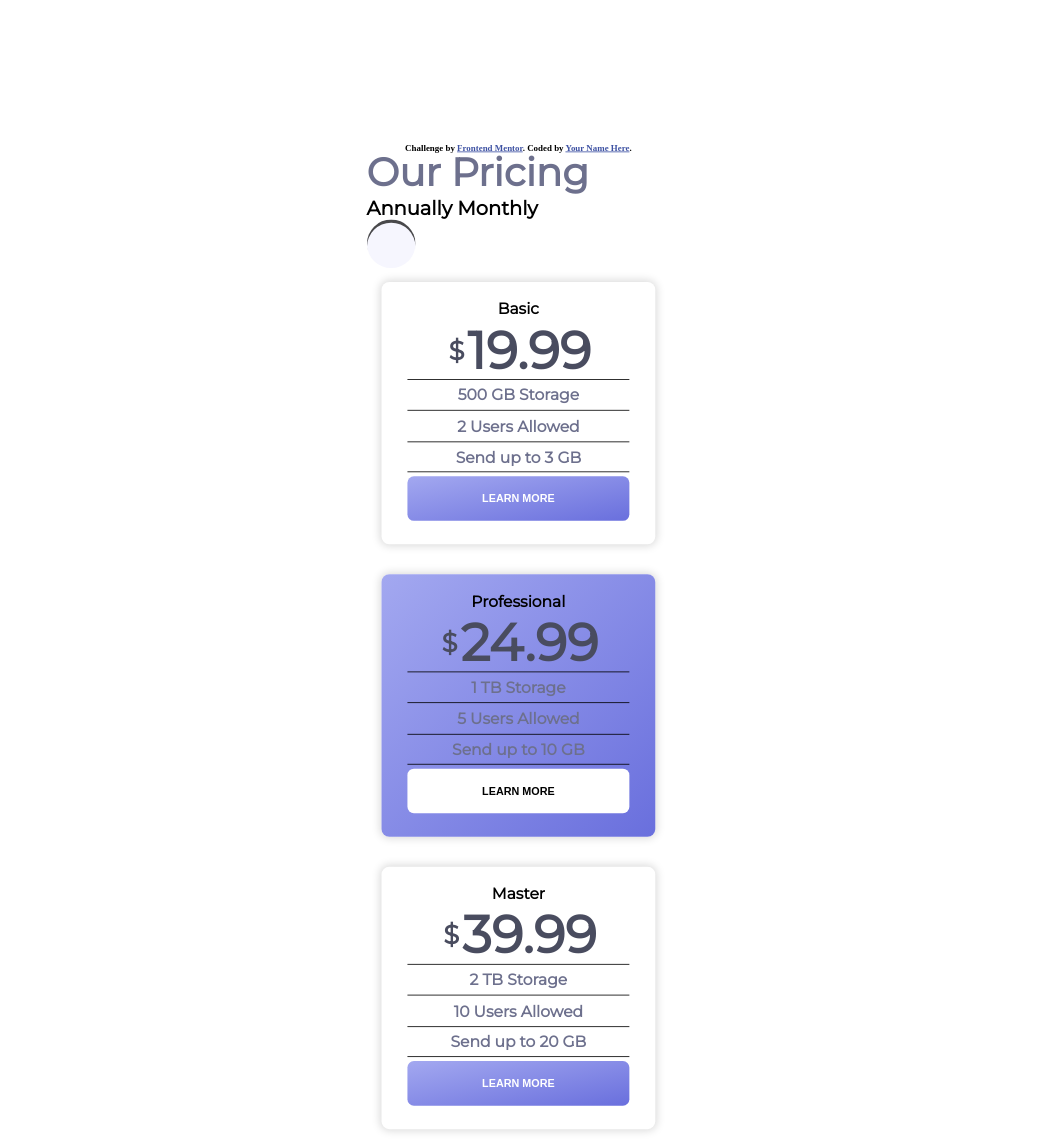
Repository: JuzzJoel/pricing-component-with-toggle-master
Page: index.html
These files come from the project's save history. The page is drawn as it stood at one moment and after the next save; the edit follows.
The browser window is 1280 px wide. The pictures show the whole page, at 81% of full size.

Above is the page before, as saved 2025-05-24 11:30:00.

### index.html
<!DOCTYPE html>
<html lang="en">
<head>
  <meta charset="UTF-8">
  <meta name="viewport" content="width=device-width, initial-scale=1.0"> <!-- displays site properly based on user's device -->

  <link rel="icon" type="image/png" sizes="32x32" href="./images/favicon-32x32.png">
  <link rel="preconnect" href="https://fonts.googleapis.com">
  <link rel="preconnect" href="https://fonts.gstatic.com" crossorigin>
  <link
    href="https://fonts.googleapis.com/css2?family=Montserrat:ital,wght@700"
    rel="stylesheet">
  <title>Frontend Mentor | [pricing-component-with-toggle-master]</title>
  <style>
    :root{

      --linear-gradient: linear-gradient(to bottom right, hsl(236, 72%, 79%), hsl(237, 63%, 64%));

--clr-pri: hsl(240, 78%, 98%);
--clr-pri-acc: hsl(234, 14%, 74%);
--clr-sec: hsl(233, 13%, 49%);
--clr-sec-acc: hsl(232, 13%, 33%);
    }
*,
*::before,
*::after {
    box-sizing: border-box;
}

* {
    margin: 0;
    padding: 0;
    box-sizing: border-box;
}
.visually-hidden:not(:focus):not(:active) {
  clip: rect(0 0 0 0);
  clip-path: inset(50%);
  height: 1px;
  overflow: hidden;
  position: absolute;
  white-space: nowrap;
  width: 1px;
}
    .attribution { font-size: 11px; text-align: center;height: 1vh; }
    .attribution a { color: hsl(228, 45%, 44%); }
body{
  font-size: 0.95rem;
  font-weight: 700;
width: 100vw;
height: 150vh;
display: flex;
align-items: center;
justify-content: center;
flex-direction: column;
}


.container{
  width: 375px;
  height: 100vh;
  font-family: "Montserrat", sans-serif;

}
  .pricing-header{
font-size: 1.5rem;
  }
  .pricing-header h1{
    color: var(--clr-sec);

  }
    .toggle-box{

    }

     .toggle-container{
      width: 50px;
      height: 50px;
      position: relative;
      background: var(--clr-pri);
      padding: 30px;
      border-radius: 3rem;

      box-shadow: inset 0 4px 0 0 rgba(0, 0, 0, 0.7);
     }
     .toggle-slider{
      position: absolute;
      border-radius: 50%;
      left: 10px;
      top: 5px;
     }
     input[type="radio"]{
      display: none;
     }

       .pricing{

       }


   .content-body{
    display: flex;
    flex-direction: column;
    align-items: center;
    width: 100%;
    height: 150vh;
   }
   .content{
    display: flex;
    flex-direction: column;
    align-items: center;
    justify-content: space-evenly;
    width: 90%;
    gap: 20px;
    height: 100%;
   }
   .card-container{
    display: flex;
    flex-direction: column;
    align-items: center;
    justify-content: center;
    width: 100%;
    border-radius: .6rem;

    box-shadow: 0 0 .625rem .125rem rgba(0, 0, 0, 0.15);
    height: 30%;
   }
   .card-container:nth-child(2){
  background: var(--linear-gradient);
   }    .card{
          display: flex;
          flex-direction: column;
          align-items: center;
          justify-content: space-between;
          width: 90%;
          height: 85%;
          font-family: "Montserrat", sans-serif;
        }
        .card>*{
          width: inherit;
          display: flex;
          align-items: center;
          justify-content: center;
        }
          .rows-head{
            height: 35%;
            display: flex;
            flex-direction: column;
            align-items: center;
            justify-content: center;
          }
          .rows-head p{
           font-size: 1.2rem;
          }
          .rows-head h1{
            font-size: 4rem;
            color: var(--clr-sec-acc);
            display: flex;
            align-items: center;
           } .rows-head h1 span{
            font-size: 2rem;
            color: var(--clr-sec-acc);
            margin-right: 2%;
           }
          .rows{
            height: 15%;
            border: 1px   solid black;
            border-left: none;
            border-right: none;
            color: var(--clr-sec);
            font-size: 1.2rem;
          }
          .rows:nth-child(3){
            border: none;
          }
          .rows-button{
            height: 25%;
            display: flex;
            align-items: center;
            justify-content: center;
          }
  button{
    width: 100%;
    display: flex;
    align-items: center;
    justify-content: center;
    border-radius: .5rem;
    border: none;
    padding: 1.25rem 2.5rem;
    text-transform: uppercase;
    color: white;
background: var(--linear-gradient);
    font-weight: 700;
  }
  .card-container:nth-child(2) button{
    color: var(--linear-gradient);
background: white;
  }

          @media(min-width:1440px){
            .content{
              flex-direction: row;
              justify-content: space-between;
             }
          }
  </style>
</head>
<body>
  <div class="attribution">
    Challenge by <a href="https://www.frontendmentor.io?ref=challenge" target="_blank">Frontend Mentor</a>.
    Coded by <a href="#">Your Name Here</a>.
  </div>


  <div class="container">
    <div class="pricing-header">
      <h1>Our Pricing</h1>
      <div class="toggle-box">
        Annually
        Monthly
        <div class="toggle-container">

          <input type="radio" class="pricing" id="price-annnual">
          <label for="price-annual"></label>

          <input type="radio" class="pricing" id="price-month">
          <label for="price-month"></label>

          <div class="toggle-slider"></div>
        </div>
      </div>
      <div class="content-body">
        <div class="content">
          <div class="card-container">
<div class="card">
            <div class="rows-head">
              <p>Basic</p>
         <h1>  <span>&dollar;</span>
          19.99
           <i class="visually-hidden">&dollar;199.99</i>
           </h1>
          </div>
            <div class="rows">500 GB Storage</div>
            <div class="rows">2 Users Allowed</div>
            <div class="rows">Send up to 3 GB</div>
            <div class="rows-button"><button>Learn More</button></div>
          </div>
          </div>

          <div class="card-container">
            <div class="card">
            <div class="rows-head">
              <p>Professional</p>
              <h1> <span>&dollar;</span>24.99
                <i class="visually-hidden">&dollar;249.99</i>
           </h1>
          </div>
            <div class="rows">1 TB Storage</div>
            <div class="rows">5 Users Allowed</div>
            <div class="rows">Send up to 10 GB</div>
            <div class="rows-button"><button>Learn More</button></div>
          </div>
          </div>
          <div class="card-container">
            <div class="card">
            <div class="rows-head">
              <p>Master</p>
              <h1> <span>&dollar;</span>39.99
                <i class="visually-hidden">&dollar;399.99</i>
          </h1>
          </div>
            <div class="rows">2 TB Storage</div>
            <div class="rows">10 Users Allowed</div>
            <div class="rows">Send up to 20 GB</div>
            <div class="rows-button"><button>Learn More</button></div>
          </div>
          </div>
        </div>
      </div>
    </div>
  </div>


</body>
</html>

After the next save:
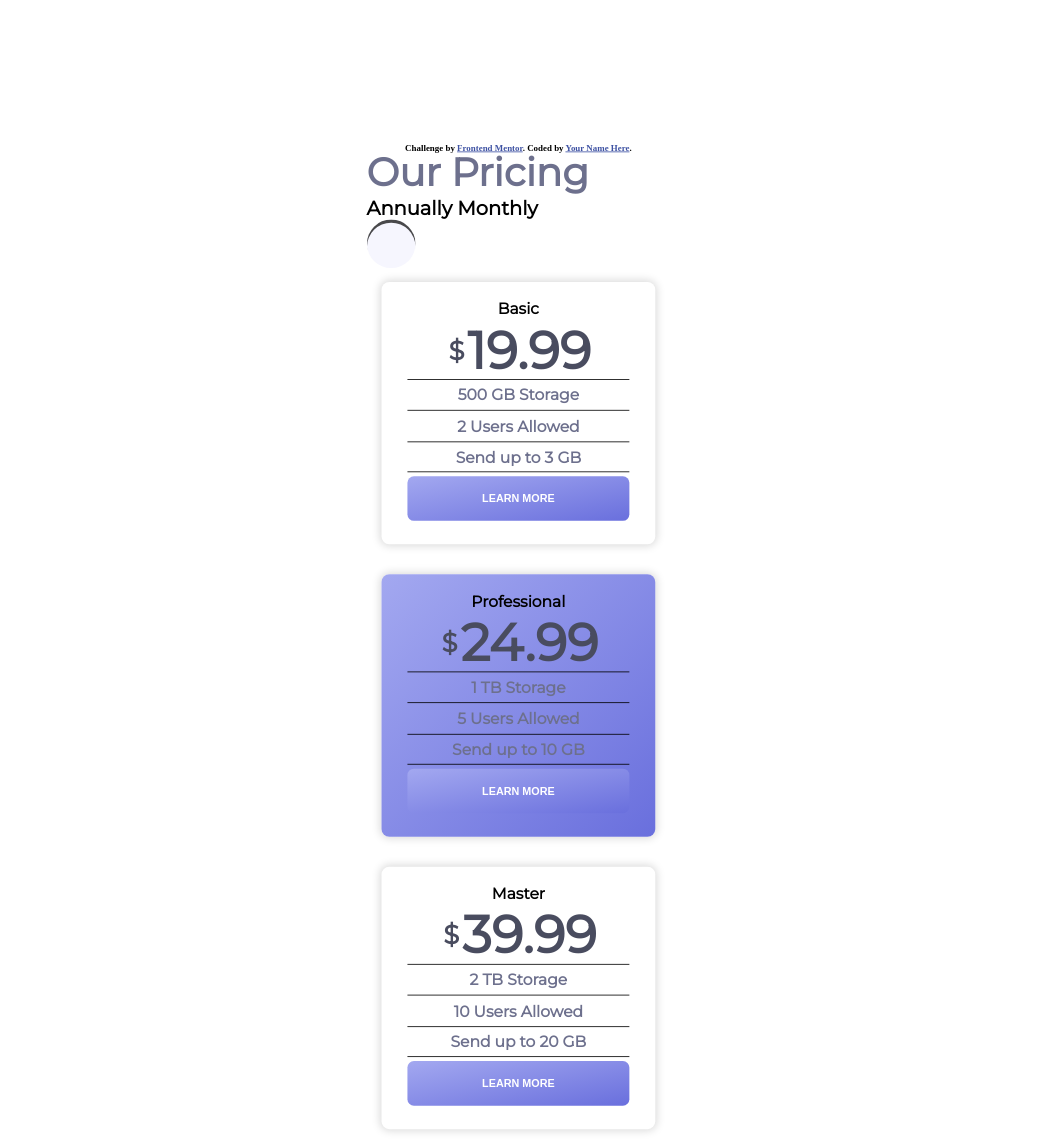
Saved 18 s later.
--- a/index.html
+++ b/index.html
@@ -191,7 +191,7 @@
 background: var(--linear-gradient);
     font-weight: 700;
   }
-  .card-container:nth-child(2) button{
+  .card-container:nth-child(2)button{
     color: var(--linear-gradient);
 background: white;
   }

After the save that followed:
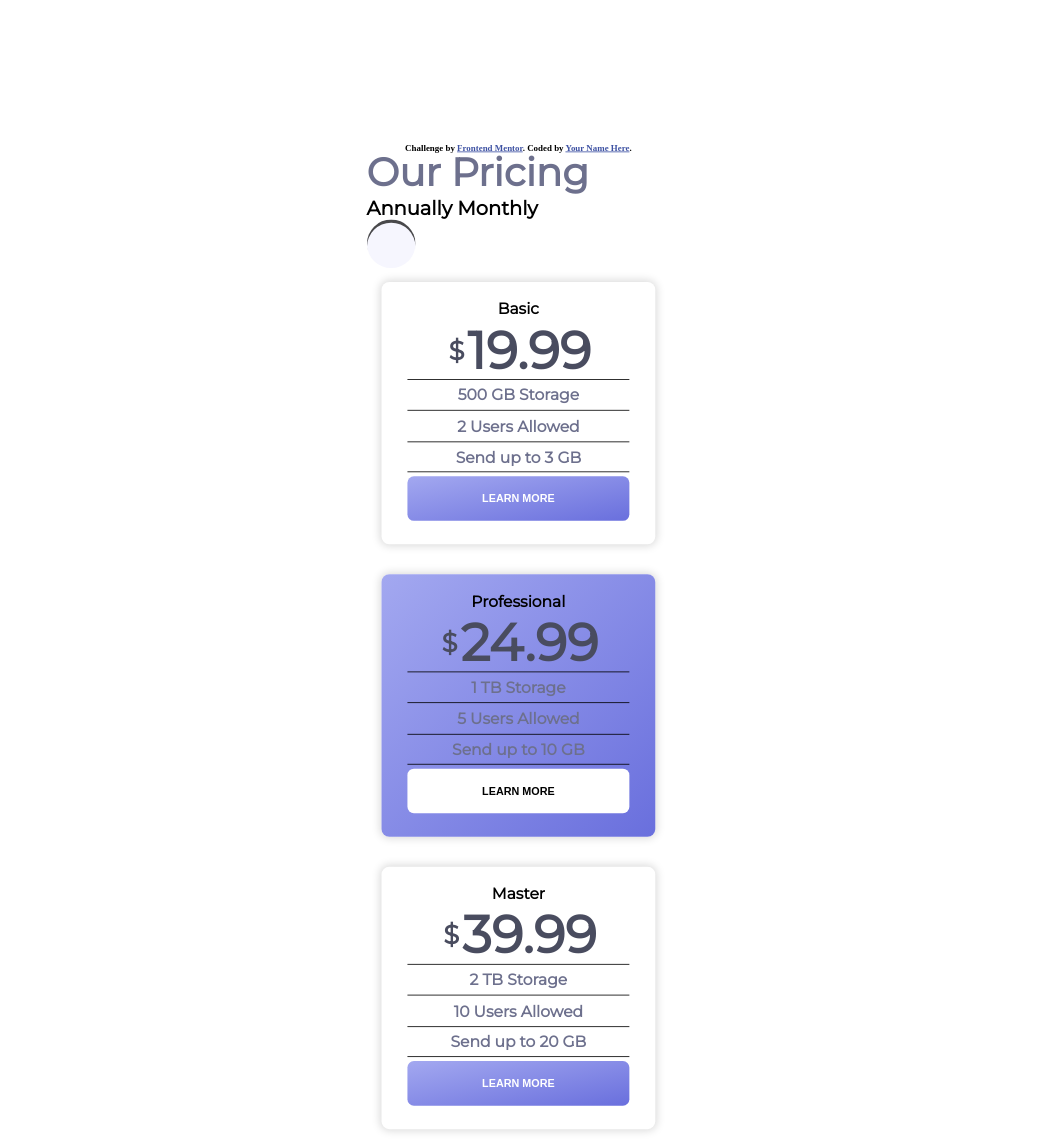
Saved 8 s later.
--- a/index.html
+++ b/index.html
@@ -191,7 +191,7 @@
 background: var(--linear-gradient);
     font-weight: 700;
   }
-  .card-container:nth-child(2)button{
+  .card-container:nth-child(2) button{
     color: var(--linear-gradient);
 background: white;
   }
